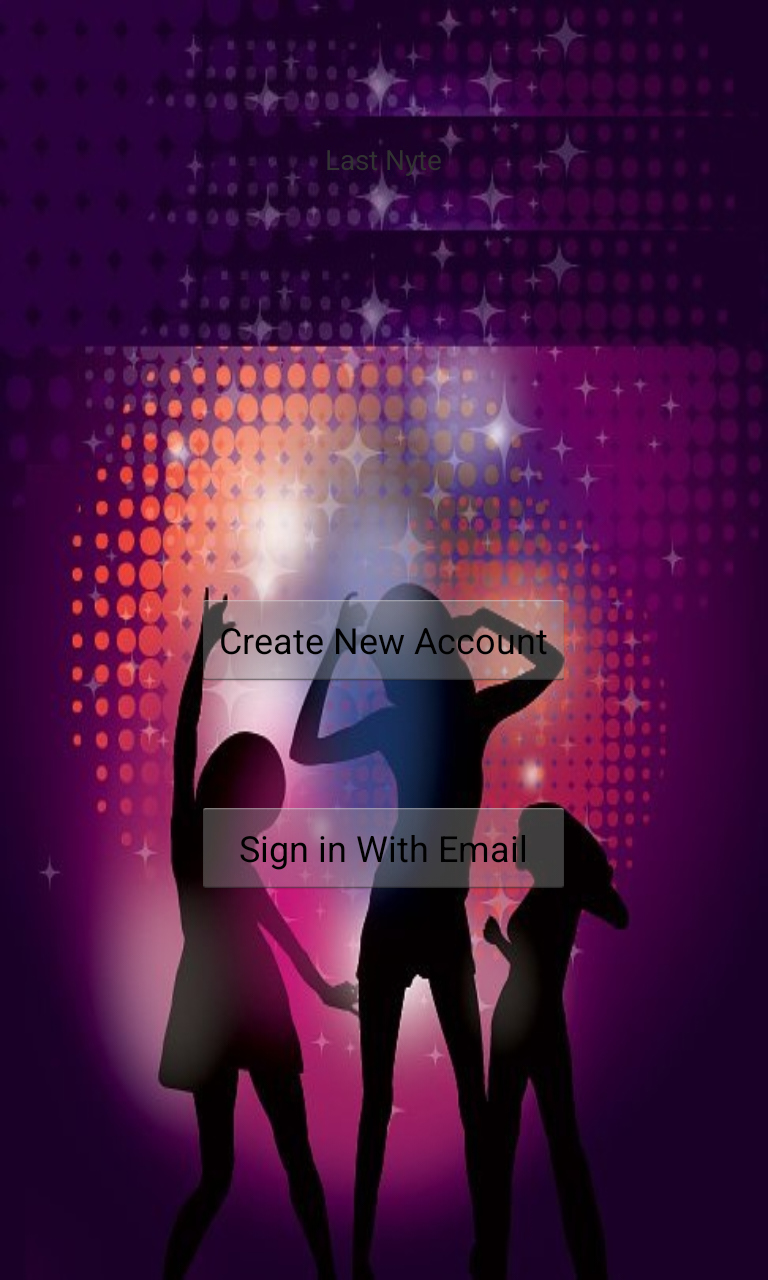
Repository: NarenPamza/Android_Template
Layout: LastNightParty/res/layout/activity_main.xml
These files come from the project's save history. The layout is drawn as it stood at one moment and after the next save; the edit follows.
It is drawn on a 768 x 1280 px phone screen (xhdpi) without system bars, with theme AppTheme; the app's code is not run. The app's manifest (not shown) leaves right-to-left support off. So textAlignment, textDirection and layoutDirection are ignored, and left and right values win over start and end ones.

Above is the layout before, as saved 2015-12-26 11:56:04.

After the next save:
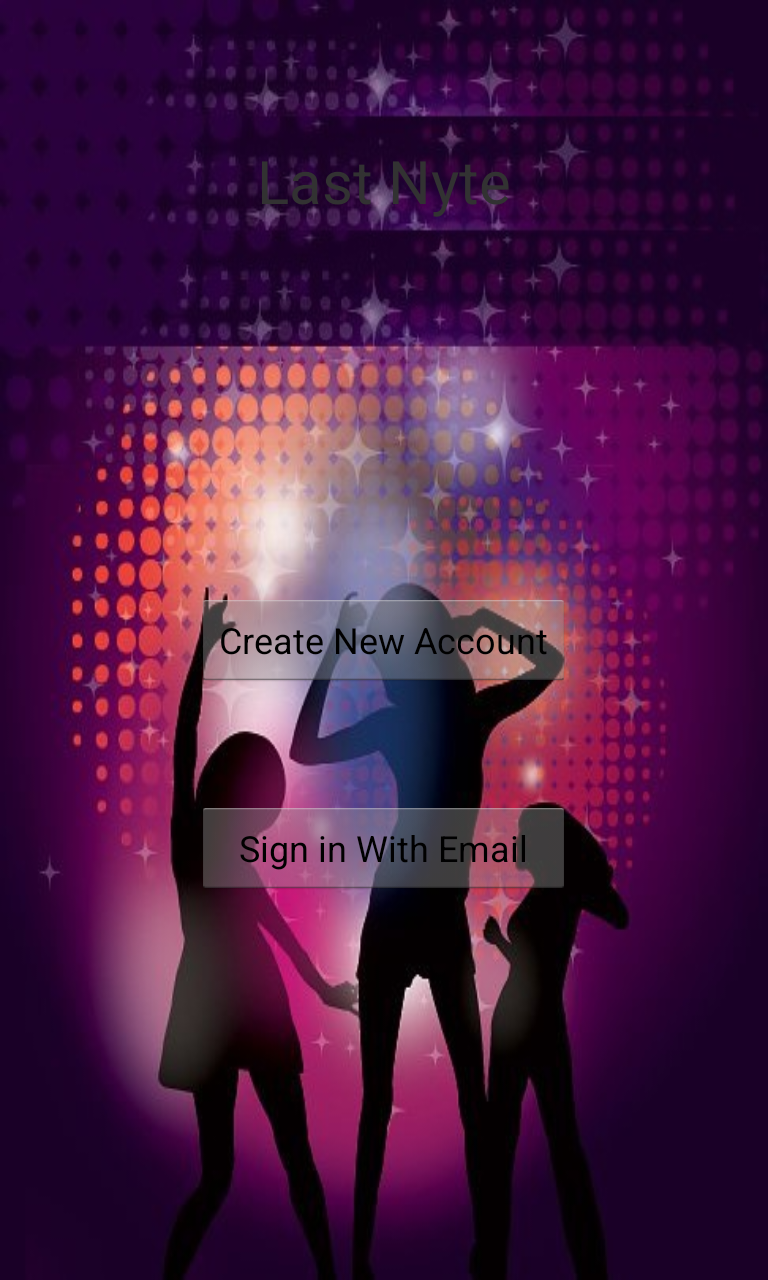
Saved 11 min 44 s later.
--- a/LastNightParty/res/layout/activity_main.xml
+++ b/LastNightParty/res/layout/activity_main.xml
@@ -26,6 +26,7 @@
         android:layout_alignParentTop="true"
         android:layout_centerHorizontal="true"
         android:layout_marginTop="54dp"
+        android:textSize="30sp"
         android:text="@string/hello_world" />
 
     <Button
